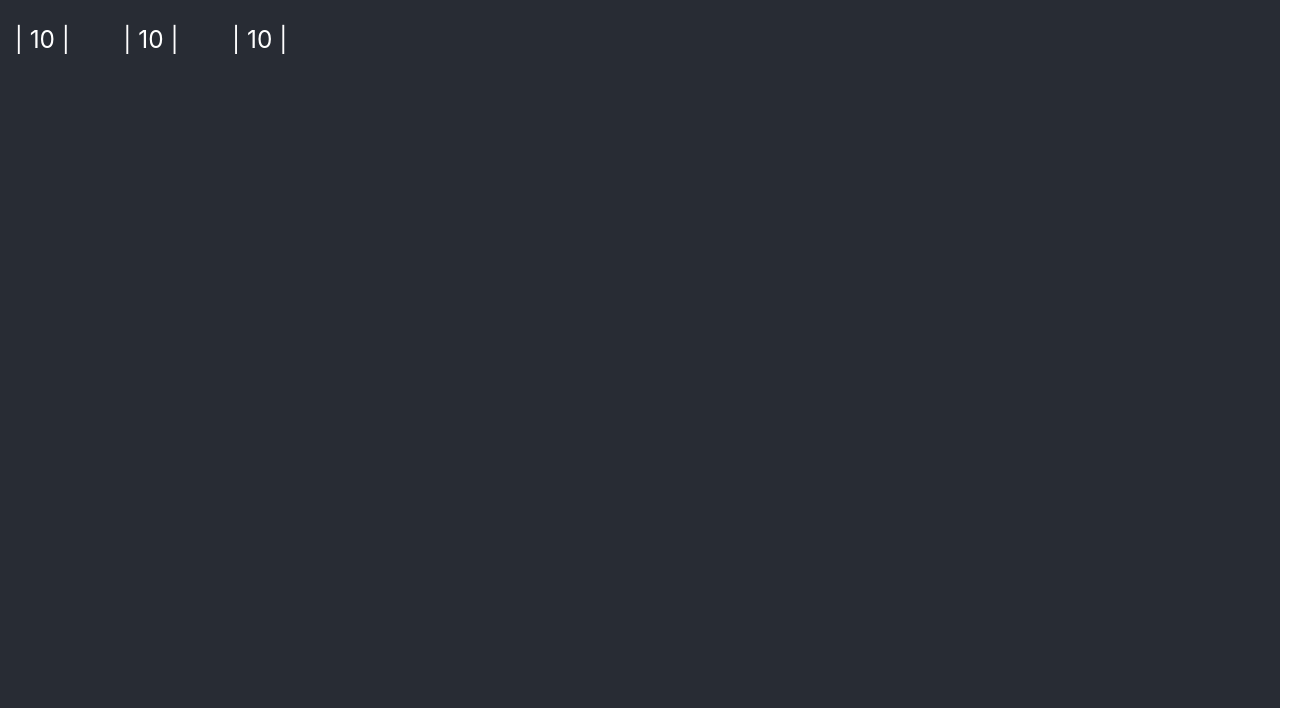
Repository: ghbamorim/megasenaapi
Page: / (app in mega-sena-client/)
The author's editor kept a copy of each file at every save. The page is drawn from the files as they stood at one save, then again after the next save.
The browser window is 1280 px wide. The page is 1292 px wide, so the pictures cover 1292 px, including what lies to the right of the window. The pictures show the whole page.
The project was rebuilt for these pictures with package versions that can differ from the ones it lists, and the page was loaded fresh each time.

Above is the page before, as saved 2021-09-11 11:14:28.

After the next save:
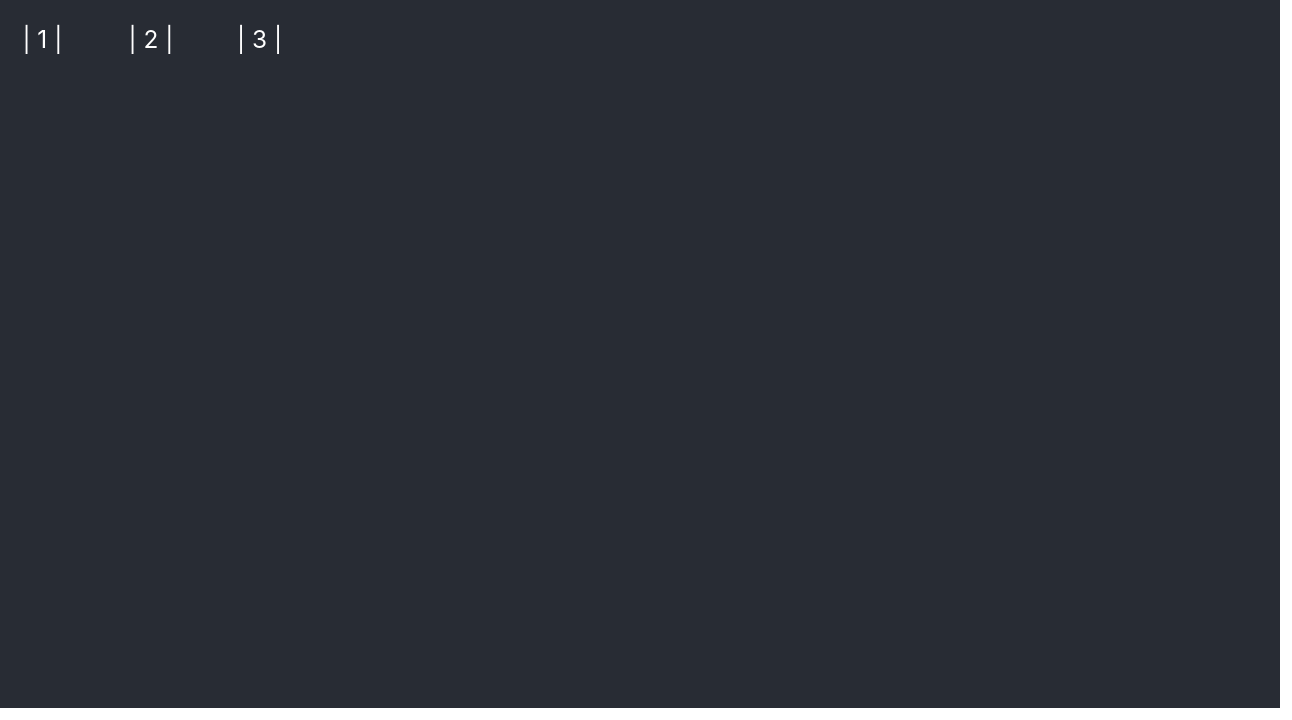
Saved 4 s later.
--- a/mega-sena-client/src/row.tsx
+++ b/mega-sena-client/src/row.tsx
@@ -14,7 +14,7 @@ const Row = () => {
         return (
           <Grid item xs={1}>
             <div className="App">
-              <p>| {10} |</p>
+              <p>| {i} |</p>
             </div>
           </Grid>
         );
